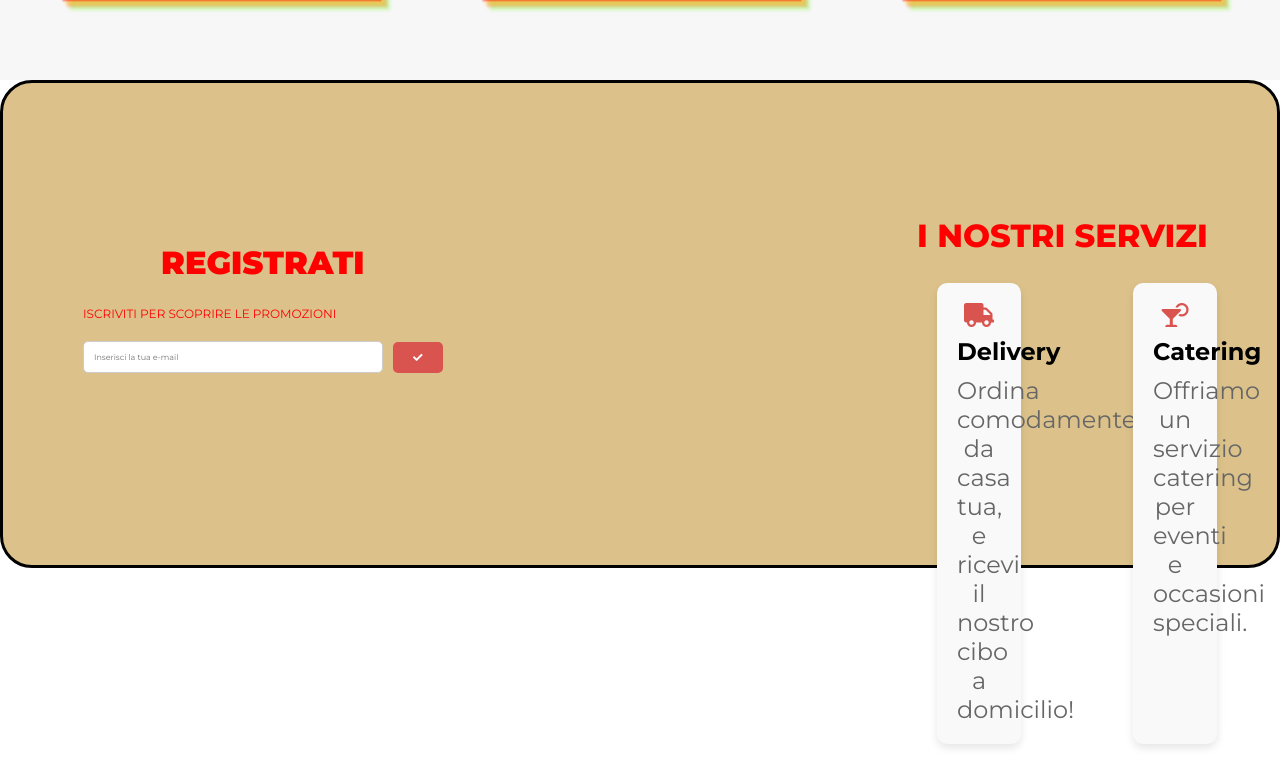
Repository: Probyte5D/ResponsiveFoodWebsite
Page: index.html
The author's editor kept a copy of each file at every save. The page is drawn from the files as they stood at one save, then again after the next save.
The browser window is 1280 px wide. The pictures show the part of the page from y = 3155 to 3919 px (the page is 3919 px tall before and 3723 px after).
A picture or video elsewhere on the page could not be fetched, so the positions and the page height are approximate. Backgrounds fixed to the window are drawn as part of the page. Some web fonts or font styles are not loaded; a fallback is used.

Above is the page before, as saved 2025-04-22 19:30:53.

After the next save:
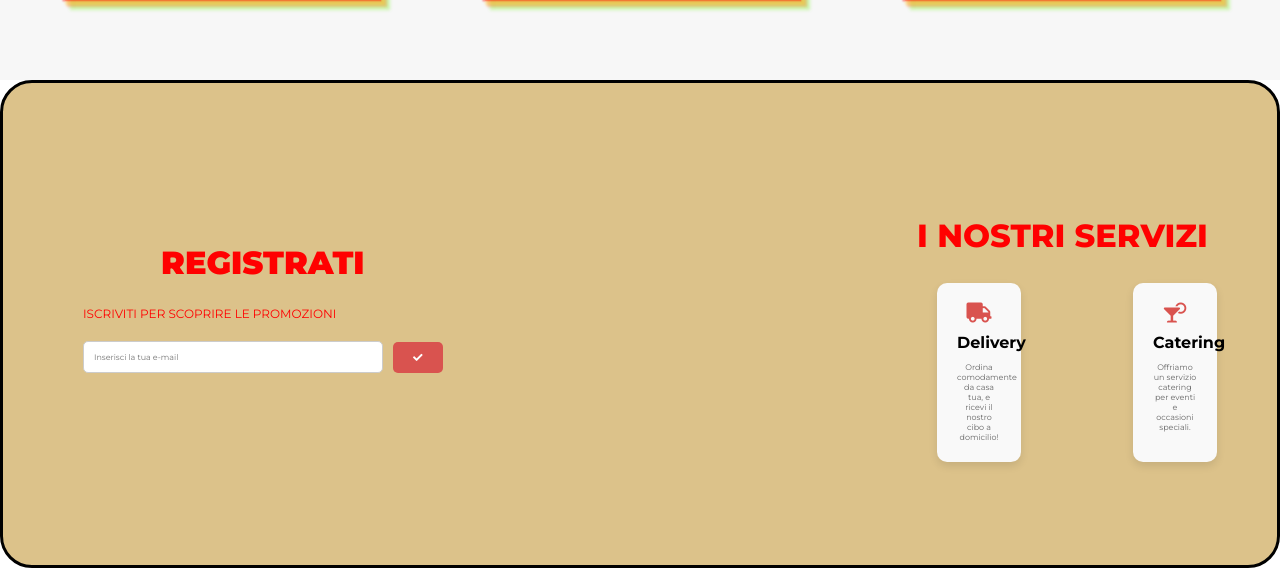
Saved 16 s later.
--- a/style.css
+++ b/style.css
@@ -530,18 +530,18 @@ padding-left: 2rem;
 }
 
 .service i {
-  font-size: 3rem;
+  font-size: 2.5rem;
   color: #d9534f;
 }
 
 .service h3 {
-  font-size: 3rem;
+  font-size: 2rem;
   margin-top: 10px;
   font-weight: bold;
 }
 
 .service p {
-  font-size: 3rem;
+  font-size: 1rem;
   color: #666;
   margin-top: 10px;
 }
